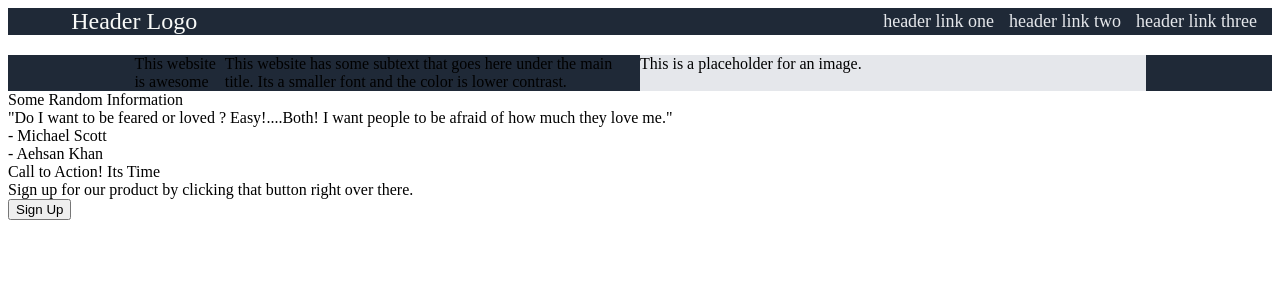
Repository: Aehsan4004/odinlandpage
Page: index.html
An editor plug-in stored every save of this project. The page is shown before and after the next save, followed by the edit.
The browser window is 1280 px wide. The pictures show the whole page.

Above is the page before, as saved 2025-02-10 09:46:57.

### index.html
<!DOCTYPE html>
<html lang="en">
<head>
    <meta charset="UTF-8">
    <meta name="viewport" content="width=device-width, initial-scale=1.0">
    <title>Odin Project Landing Page</title>
    <link rel="stylesheet" href="styles.css">
</head>
<body>
    <div class="one">
        <div class="logo">
            Header Logo
        </div>
        <div class="head-links">
            <ul>
                <li>header link one</li>
                <li>header link two</li>
                <li>header link three</li>
            </ul>
        </div>
    </div>

    <div class="two">
        <div class="left-box">
            <div class="title">
                This website is awesome
            </div>

            <div class="content">
                This website has some subtext that goes here under the main title. Its a smaller font and the color is lower contrast.
            </div>

        </div>
        <div class="right-box">
            This is a placeholder for an image.
        </div>

    </div>

    <div class="three">
        <div class="opt-head">
            Some Random Information
        </div>
        <div class="menu-box">
            <div class="box" id="1"></div>
            <div class="box" id="2"></div>
            <div class="box" id="3"></div>
            <div class="box" id="4"></div>
        </div>

    </div>

    <div class="four">
        <div class="quote">
            "Do I want to be feared or loved ?
             Easy!....Both!
             I want people to be afraid of how much they love me."
        </div>
        <div class="quoter"> - Michael Scott</div>
        <div class="requoter"> - Aehsan Khan</div>
    </div>

    <div class="five">
        <div class="foot-box">
            <div class="call2act">
                <div class="main"> Call to Action! Its Time</div>
                <div class="supp">Sign up for our product by clicking that button right over there.</div>
            </div>
            <button class="signup-btn">Sign Up</button>
        </div>

    </div>
</body>
</html>

### styles.css
body {
    display: flex;
    flex-direction: column;
    /* flex: 1 1 100%; */
    /* min-height: 100%; */
    /* align-items: center; */
    justify-content: center;
}

.one {
    display: flex;
    justify-content: space-between;
    align-items: center;
    background-color: #1f2937;
}

.logo {
    font-size: 24px;
    color: #f9faf8;
    margin-left: 5%;
}

.head-links {
    color: #e5e7eb;
    font-size: 18px;
    /* margin: 15px; */
    margin-right: 15px;
}

ul {
    list-style: none;  /* Removes bullet points */
    padding: 0;
    margin: 0;
    display: flex;  /* Makes list items appear in a row */
    gap: 15px;  /* Adds spacing between items */
}

.two {
    display: flex;
    background-color: #1f2937;
    justify-content: center;
    margin-top: 20px;
}
.left-box {
    display: flex;
    flex: 1 1 40%;
    max-width: 40%;
}
.right-box {
    display: flex;
    flex: 1 1 40%;
    max-width: 40%;
    background-color: #e5e7eb;
}

After the next save:
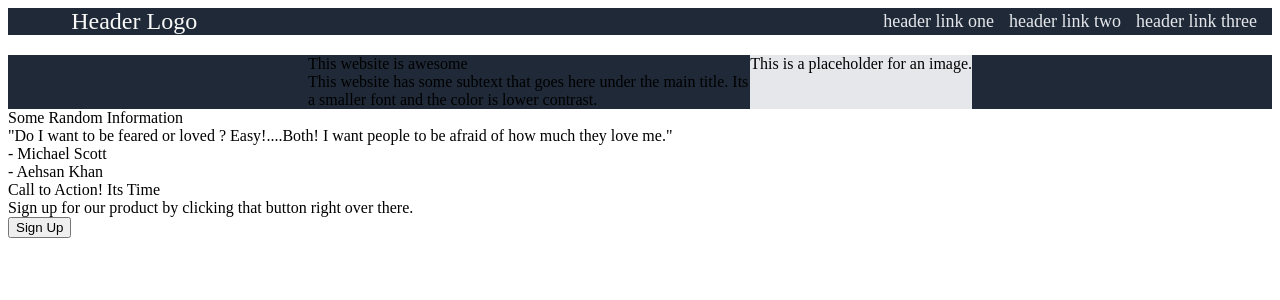
Saved 58 s later.
--- a/styles.css
+++ b/styles.css
@@ -43,12 +43,14 @@ ul {
 }
 .left-box {
     display: flex;
-    flex: 1 1 40%;
-    max-width: 40%;
+    /* flex: 1 1 40%; */
+    max-width: 35%;
+    flex-wrap: wrap;
 }
 .right-box {
     display: flex;
-    flex: 1 1 40%;
-    max-width: 40%;
+    /* flex: 1 1 40%; */
+    max-width: 35%;
     background-color: #e5e7eb;
+    flex-wrap: wrap;
 }
